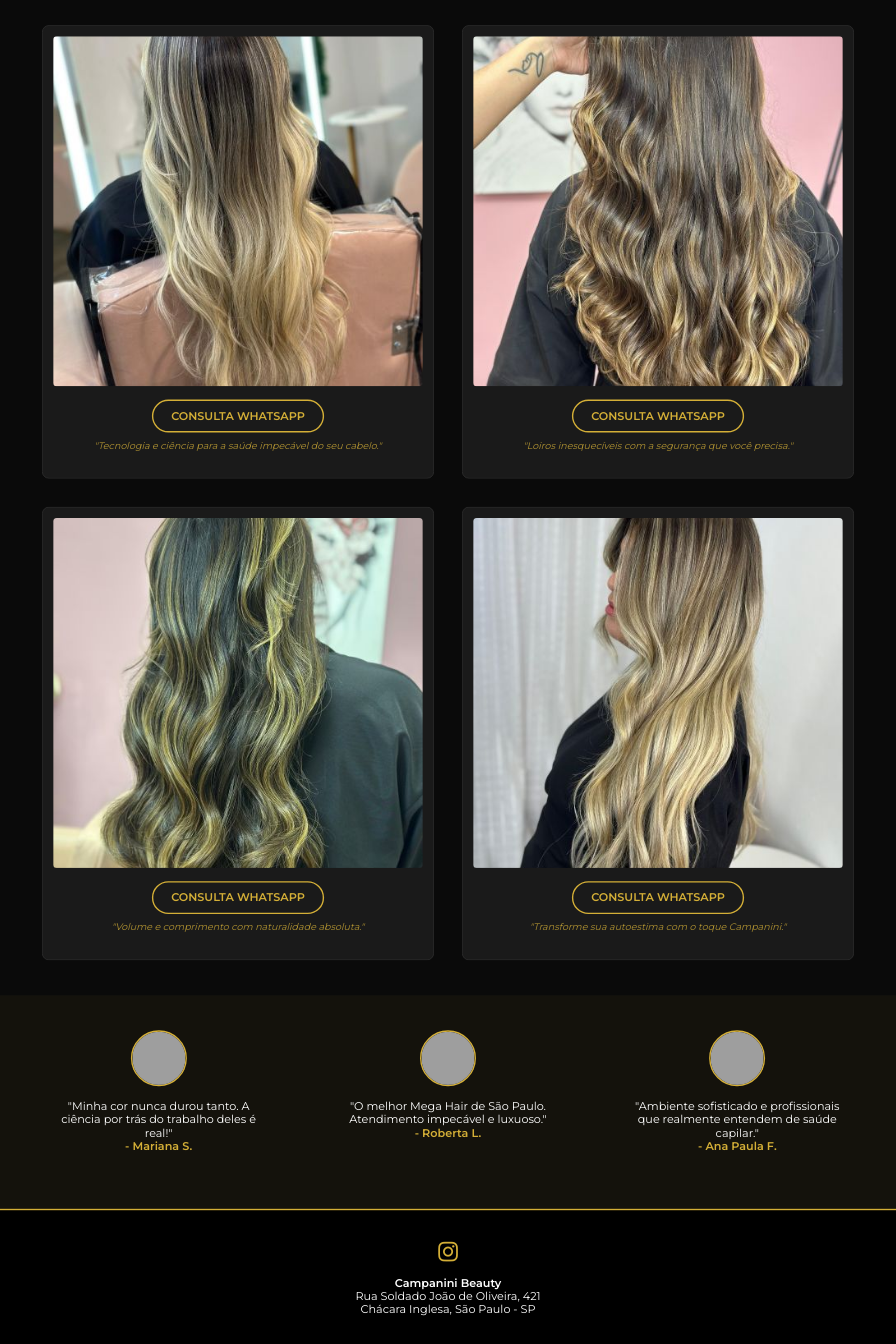
Repository: Sandro1969-tech/campanini-beauty
Page: index.html
The author's editor kept a copy of each file at every save. The page is drawn from the files as they stood at one save, then again after the next save.
The browser window is 1280 px wide. The pictures show the part of the page from y = 1377 to 3297 px (the page is 3297 px tall), at 70% of full size.
Pictures or frames that could not be fetched are drawn as grey boxes.

Above is the page before, as saved 2026-02-17 20:35:14.

### index.html
<!DOCTYPE html>
<html lang="pt-br">
<head>
    <meta charset="UTF-8">
    <meta name="viewport" content="width=device-width, initial-scale=1.0">
    <title>Campanini Beauty | Sofisticação e Ciência</title>
    <link rel="shortcut icon" href="assets/image/favicon.png" type="image/x-icon">
    <link href="https://fonts.googleapis.com/css2?family=Cinzel:wght@400;700&family=Montserrat:wght@300;400;600&display=swap" rel="stylesheet">
    <link rel="stylesheet" href="https://cdnjs.cloudflare.com/ajax/libs/font-awesome/6.0.0/css/all.min.css">

    <style>
        :root {
            --gold: #D4AF37;
            --gold-light: #F9E498;
            --black: #0a0a0a;
            --dark-gray: #1a1a1a;
            --white: #ffffff;
            --transition: all 0.3s ease;
        }

        /* Modo Escuro/Claro */
        body.light-mode {
            --black: #f4f4f4;
            --dark-gray: #ffffff;
            --white: #1a1a1a;
        }

        * { margin: 0; padding: 0; box-sizing: border-box; }

        body {
            background-color: var(--black);
            color: var(--white);
            font-family: 'Montserrat', sans-serif;
            transition: var(--transition);
            overflow-x: hidden;
        }

        /* Botão Dark Mode */
        .theme-toggle {
            position: fixed;
            top: 20px;
            right: 20px;
            z-index: 1000;
            background: var(--gold);
            border: none;
            padding: 10px;
            border-radius: 50%;
            cursor: pointer;
            color: var(--black);
            font-size: 1.2rem;
        }

        /* Título Pulsante */
        @keyframes pulse {
            0% { transform: scale(1); text-shadow: 0 0 0px var(--gold); }
            50% { transform: scale(1.05); text-shadow: 0 0 20px var(--gold); }
            100% { transform: scale(1); text-shadow: 0 0 0px var(--gold); }
        }

        .pulsing-title {
            font-family: 'Cinzel', serif;
            color: var(--gold);
            animation: pulse 3s infinite ease-in-out;
            text-align: center;
            font-size: 2.5rem;
            margin-bottom: 10px;
        }

        header {
            padding: 40px 20px;
            text-align: center;
            background: linear-gradient(rgba(0,0,0,0.7), rgba(0,0,0,0.7)), url('sua-foto-topo.jpg'); /* Adicione sua imagem aqui */
            background-size: cover;
            background-position: center;
            min-height: 80vh;
            display: flex;
            flex-direction: column;
            justify-content: center;
            align-items: center;
        }

        .logo { width: 200px; margin-bottom: 20px; }

        .subtitle {
            font-style: italic;
            letter-spacing: 2px;
            margin-bottom: 30px;
        }

        /* Grid de Imagens */
        .gallery-container {
            max-width: 1200px;
            margin: 50px auto;
            padding: 0 20px;
        }

        .services-grid {
            display: grid;
            grid-template-columns: repeat(2, 1fr);
            gap: 40px;
        }

        .service-card {
            text-align: center;
            background: var(--dark-gray);
            padding: 15px;
            border: 1px solid #333;
            border-radius: 10px;
            transition: var(--transition);
        }

        .service-card:hover { border-color: var(--gold); }

        .service-card img {
            width: 100%;
            height: 500px; /* Mantém a proporção comprida */
            object-fit: cover; /* Garante que a foto preencha sem distorcer */
            border-radius: 5px;
            margin-bottom: 15px;
        }

        /* Botão WhatsApp com Movimento */
        .btn-whatsapp {
            background-color: transparent;
            color: var(--gold);
            border: 2px solid var(--gold);
            padding: 12px 25px;
            border-radius: 50px;
            cursor: pointer;
            font-weight: 600;
            text-transform: uppercase;
            transition: all 0.4s cubic-bezier(0.175, 0.885, 0.32, 1.275);
            display: inline-block;
            text-decoration: none;
            margin-bottom: 10px;
        }

        .btn-whatsapp:hover {
            background-color: var(--gold);
            color: var(--black);
            transform: translateY(-5px) scale(1.1);
        }

        .compliment-trigger {
            font-size: 0.85rem;
            color: var(--gold);
            opacity: 0.8;
            font-style: italic;
            min-height: 40px;
        }

        /* Seção de Experiência */
        .experience-bar {
            background: var(--gold);
            color: var(--black);
            padding: 20px;
            text-align: center;
            font-weight: bold;
            margin: 40px 0;
        }

        /* Depoimentos */
        .testimonials {
            display: flex;
            justify-content: space-around;
            flex-wrap: wrap;
            padding: 50px 20px;
            background: rgba(212, 175, 55, 0.05);
        }

        .testimonial-card {
            width: 300px;
            text-align: center;
            margin-bottom: 30px;
        }

        .testimonial-card img {
            width: 80px;
            height: 80px;
            border-radius: 50%;
            border: 2px solid var(--gold);
            margin-bottom: 15px;
        }

        /* WhatsApp Flutuante */
        .whatsapp-float {
            position: fixed;
            bottom: 30px;
            left: 30px;
            background: #25d366;
            color: white;
            width: 60px;
            height: 60px;
            border-radius: 50%;
            display: flex;
            align-items: center;
            justify-content: center;
            font-size: 30px;
            z-index: 999;
            box-shadow: 2px 2px 10px rgba(0,0,0,0.5);
            transition: transform 0.8s ease;
        }

        .whatsapp-float.rotate { transform: rotate(360deg); }

        footer {
            background: #000;
            padding: 40px 20px;
            text-align: center;
            border-top: 2px solid var(--gold);
        }

        .social-link {
            font-size: 2rem;
            color: var(--gold);
            margin-bottom: 15px;
            display: block;
        }

        @media (max-width: 768px) {
            .services-grid { grid-template-columns: 1fr; }
            .pulsing-title { font-size: 1.8rem; }
        }
    </style>
</head>
<body>

    <button class="theme-toggle" onclick="toggleTheme()">
        <i id="theme-icon" class="fas fa-moon"></i>
    </button>

    <header>
        <img src="assets/image/Logo escrito 'Campan.png" alt="Campanini Beauty Logo" class="logo">
        <h1 class="pulsing-title">Campanini Beauty</h1>
        <p class="subtitle">Cabelos que unem sofisticação, beleza e ciência</p>
    </header>

    <div class="experience-bar">
        MECHAS • MEGA HAIR • ESCOVAS • TRATAMENTOS • COLORACÃO • TONALIZACÃO • CORTE • ALISAMENTOS • BOTOX CAPILAR
    </div>

    <main class="gallery-container">
        <div class="services-grid">
            <div class="service-card">
                <img src="assets/image/imagem1.jpg" alt="Serviço Campanini">
                <a href="https://wa.me/SEUNUMERO" class="btn-whatsapp">Consulta WhatsApp</a>
                <p class="compliment-trigger">"O brilho que seu rosto merece, refletido em cada fio."</p>
            </div>
            <div class="service-card">
                <img src="assets/image/imagem2.jpg" alt="Serviço Campanini">
                <a href="https://wa.me/SEUNUMERO" class="btn-whatsapp">Consulta WhatsApp</a>
                <p class="compliment-trigger">"A elegância de um corte que transborda confiança."</p>
            </div>
            <div class="service-card">
                <img src="assets/image/imagem3.jpg" alt="Serviço Campanini">
                <a href="https://wa.me/SEUNUMERO" class="btn-whatsapp">Consulta WhatsApp</a>
                <p class="compliment-trigger">"Tecnologia e ciência para a saúde impecável do seu cabelo."</p>
            </div>
            <div class="service-card">
                <img src="assets/image/imagem4.jpg" alt="Serviço Campanini">
                <a href="https://wa.me/SEUNUMERO" class="btn-whatsapp">Consulta WhatsApp</a>
                <p class="compliment-trigger">"Loiros inesquecíveis com a segurança que você precisa."</p>
            </div>
            <div class="service-card">
                <img src="assets/image/imagem5.jpg" alt="Serviço Campanini">
                <a href="https://wa.me/SEUNUMERO" class="btn-whatsapp">Consulta WhatsApp</a>
                <p class="compliment-trigger">"Volume e comprimento com naturalidade absoluta."</p>
            </div>
            <div class="service-card">
                <img src="assets/image/imagem6.jpg" alt="Serviço Campanini">
                <a href="https://wa.me/SEUNUMERO" class="btn-whatsapp">Consulta WhatsApp</a>
                <p class="compliment-trigger">"Transforme sua autoestima com o toque Campanini."</p>
            </div>
        </div>
    </main>

    <section class="testimonials">
        <div class="testimonial-card">
            <img src="mulher1.jpg" alt="Cliente">
            <p>"Minha cor nunca durou tanto. A ciência por trás do trabalho deles é real!"</p>
            <strong style="color:var(--gold)">- Mariana S.</strong>
        </div>
        <div class="testimonial-card">
            <img src="mulher2.jpg" alt="Cliente">
            <p>"O melhor Mega Hair de São Paulo. Atendimento impecável e luxuoso."</p>
            <strong style="color:var(--gold)">- Roberta L.</strong>
        </div>
        <div class="testimonial-card">
            <img src="mulher3.jpg" alt="Cliente">
            <p>"Ambiente sofisticado e profissionais que realmente entendem de saúde capilar."</p>
            <strong style="color:var(--gold)">- Ana Paula F.</strong>
        </div>
    </section>

    <footer>
        <a href="https://instagram.com/campaninibeauty" class="social-link"><i class="fab fa-instagram"></i></a>
        <p><strong>Campanini Beauty</strong></p>
        <p>Rua Soldado João de Oliveira, 421<br>Chácara Inglesa, São Paulo - SP</p>
    </footer>

    <a href="https://wa.me/SEUNUMERO" class="whatsapp-float" id="wa-float" onclick="rotateIcon(event)">
        <i class="fab fa-whatsapp"></i>
    </a>

    <script>
        // Lógica de Troca de Tema
        function toggleTheme() {
            const body = document.body;
            const icon = document.getElementById('theme-icon');
            body.classList.toggle('light-mode');

            if (body.classList.contains('light-mode')) {
                icon.classList.remove('fa-moon');
                icon.classList.add('fa-sun');
            } else {
                icon.classList.remove('fa-sun');
                icon.classList.add('fa-moon');
            }
        }

        // Rotação do Ícone de WhatsApp
        function rotateIcon(e) {
            const el = document.getElementById('wa-float');
            el.classList.add('rotate');
            setTimeout(() => {
                el.classList.remove('rotate');
            }, 800);
        }

        // Efeito de Revelação ao Rolar
        window.addEventListener('scroll', () => {
            const cards = document.querySelectorAll('.service-card');
            cards.forEach(card => {
                const cardTop = card.getBoundingClientRect().top;
                if(cardTop < window.innerHeight - 100) {
                    card.style.opacity = '1';
                    card.style.transform = 'translateY(0)';
                }
            });
        });
    </script>
</body>
</html>

After the next save:
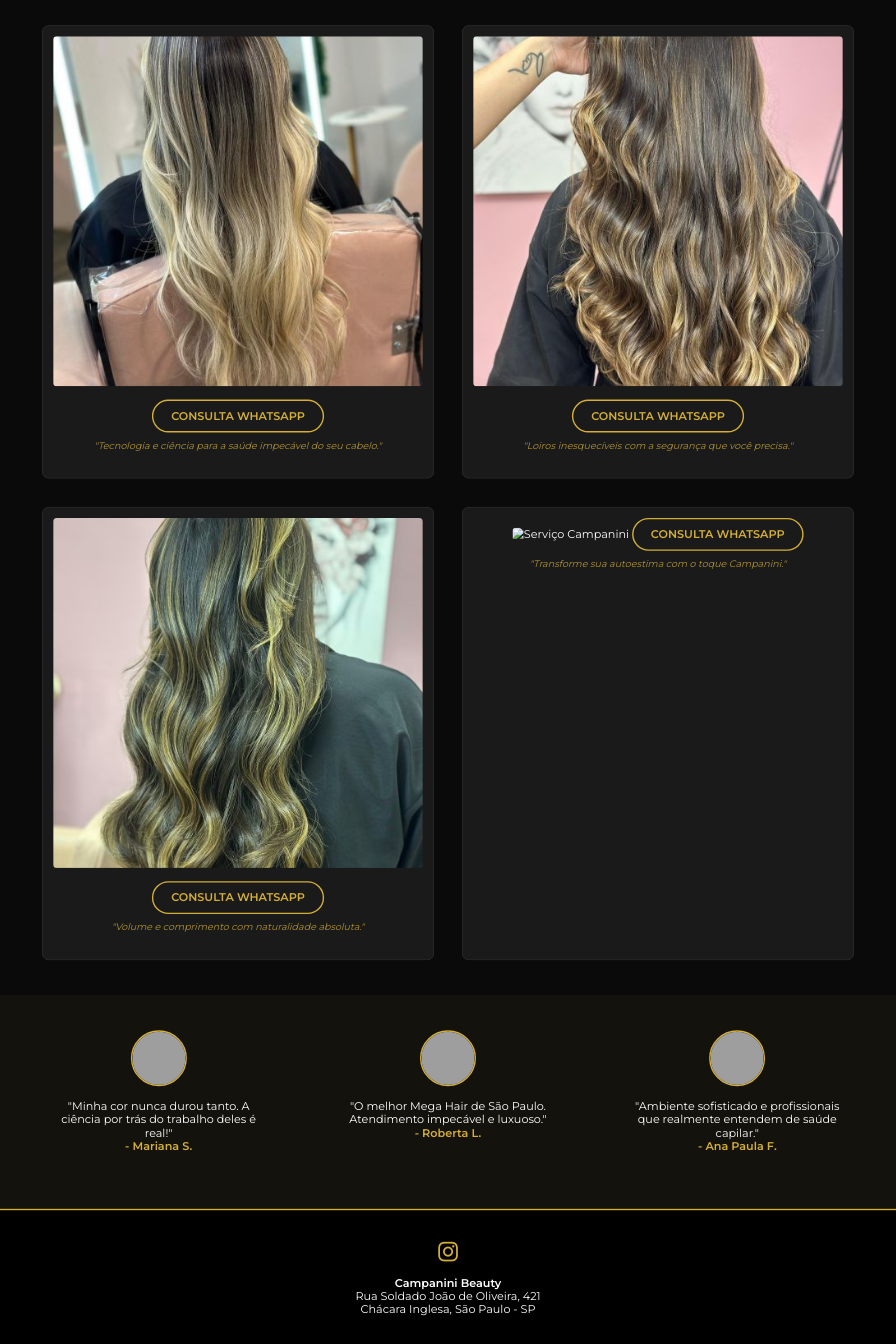
Saved 15 s later.
--- a/index.html
+++ b/index.html
@@ -267,7 +267,7 @@
                 <p class="compliment-trigger">"Volume e comprimento com naturalidade absoluta."</p>
             </div>
             <div class="service-card">
-                <img src="assets/image/imagem6.jpg" alt="Serviço Campanini">
+                <img src="" alt="Serviço Campanini">
                 <a href="https://wa.me/SEUNUMERO" class="btn-whatsapp">Consulta WhatsApp</a>
                 <p class="compliment-trigger">"Transforme sua autoestima com o toque Campanini."</p>
             </div>

After the 2 saves that followed:
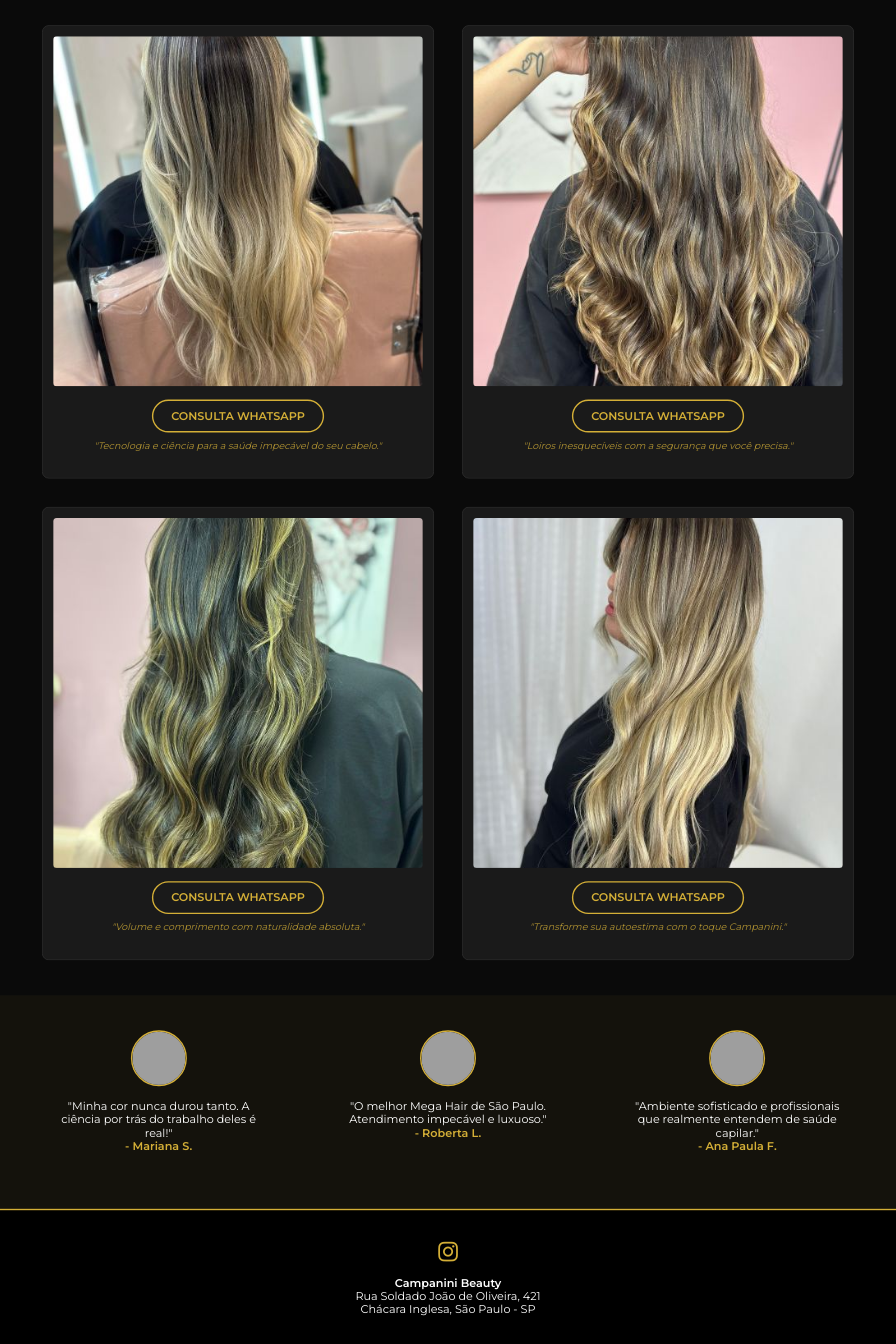
The 2 saves are shown as one change because they came seconds apart.
The last was saved 7 s later.
--- a/index.html
+++ b/index.html
@@ -267,7 +267,7 @@
                 <p class="compliment-trigger">"Volume e comprimento com naturalidade absoluta."</p>
             </div>
             <div class="service-card">
-                <img src="" alt="Serviço Campanini">
+                <img src="assets/image/imagem6.jpg" alt="Serviço Campanini">
                 <a href="https://wa.me/SEUNUMERO" class="btn-whatsapp">Consulta WhatsApp</a>
                 <p class="compliment-trigger">"Transforme sua autoestima com o toque Campanini."</p>
             </div>
